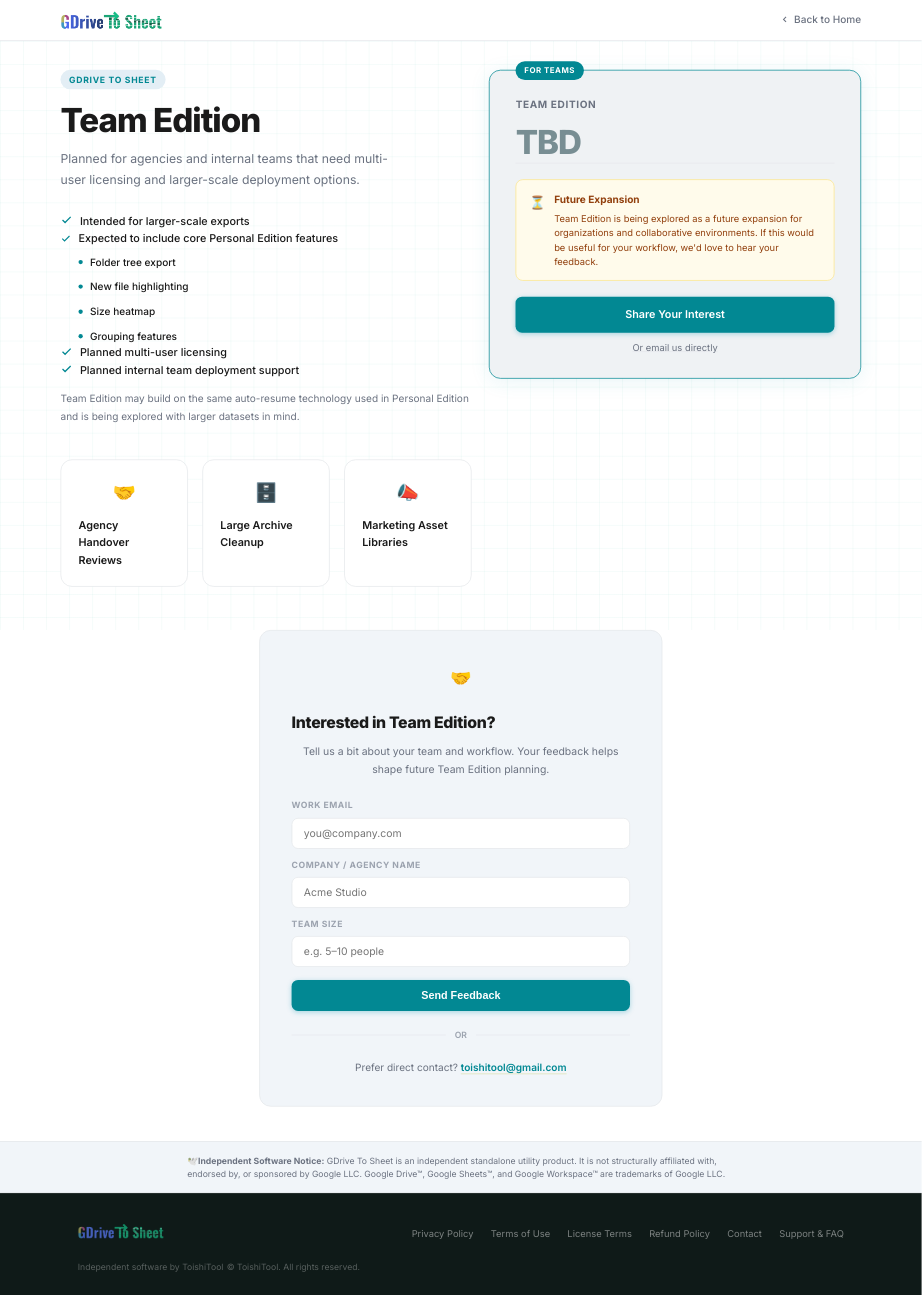
Repository: toishitool/gdrive-to-sheet
Page: team-edition.html
An editor plug-in stored every save of this project. The page is shown before and after the next save, followed by the edit.
The browser window is 1280 px wide. The pictures show the whole page, at 72% of full size.

Above is the page before, as saved 2026-06-22 11:56:32.

After the next save:
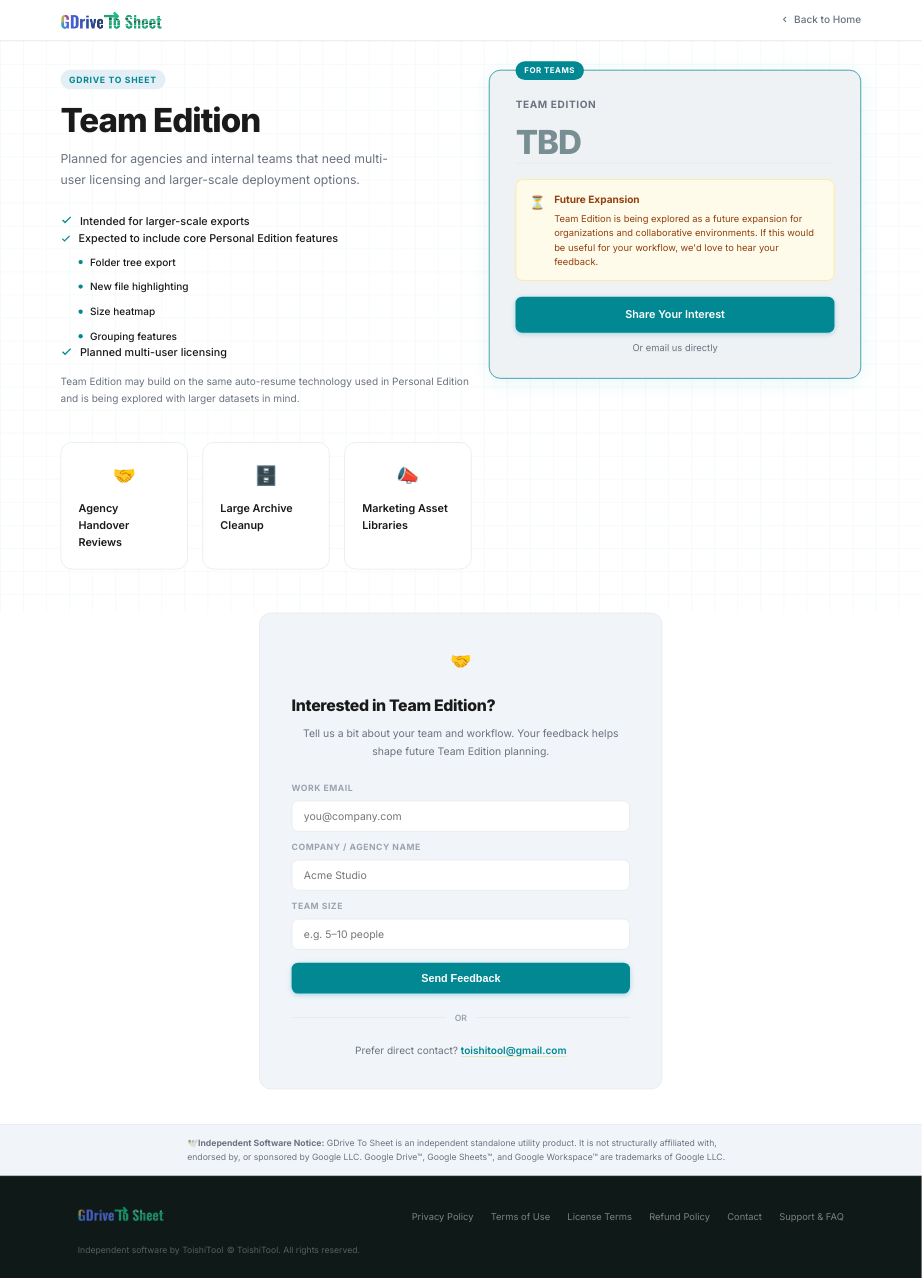
Saved 45 s later.
--- a/team-edition.html
+++ b/team-edition.html
@@ -70,9 +70,7 @@
             <li><svg width="17" height="17" fill="none" stroke="currentColor" stroke-width="2.5" viewBox="0 0 24 24">
                 <polyline points="20 6 9 17 4 12" />
               </svg> Planned multi-user licensing</li>
-            <li><svg width="17" height="17" fill="none" stroke="currentColor" stroke-width="2.5" viewBox="0 0 24 24">
-                <polyline points="20 6 9 17 4 12" />
-              </svg> Planned internal team deployment support</li>
+
             </ul>
 <p class="feature-note">
    Team Edition may build on the same auto-resume technology used in Personal Edition and is being explored with larger datasets in mind.
